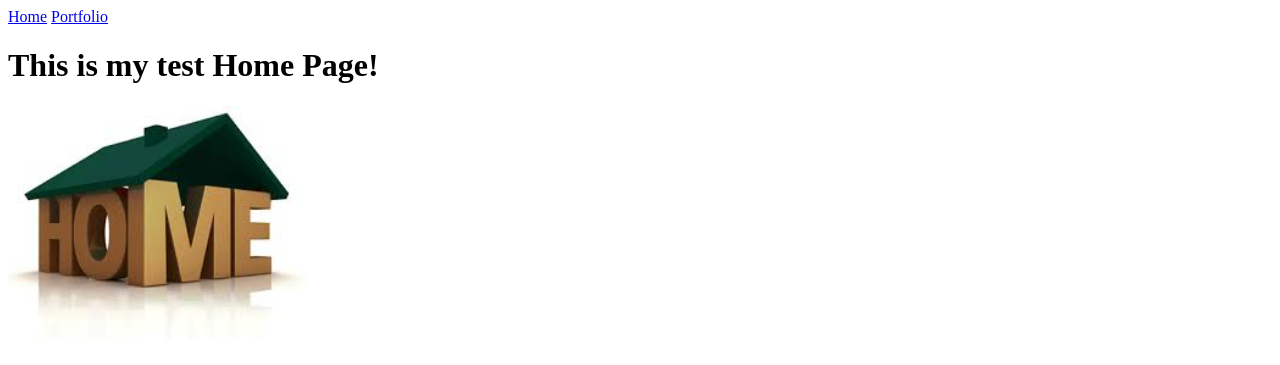
Repository: ashleykbc/aking1286.github.io
Page: my_website/index.html
The author's editor kept a record of every edit. The page is drawn from the files as they stood at one moment, then again after the next edit.
The browser window is 1280 px wide. The pictures show the whole page.

Above is the page before.

### my_website/index.html
<!doctype html>
<html lang="en">
  <head>
    <meta charset="utf-8">
    <title>Home</title>
  </head>
  <body>
    <a href="index.html">Home</a>
    <a href="portfolio.html">Portfolio</a>
    <h1>This is my test Home Page!</h1>
    <img src="images/home.jpg" height="250">
  </body>
</html>

After the next edit:
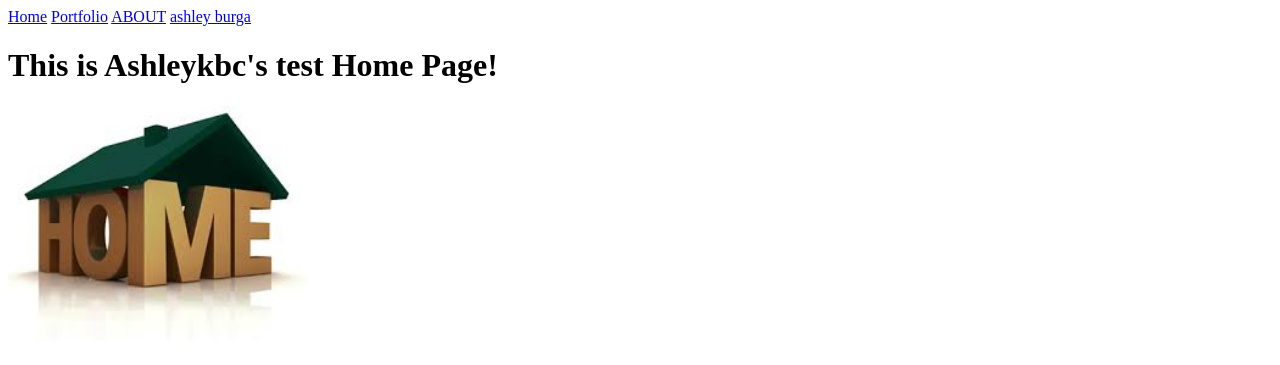
The edit:
--- a/my_website/index.html
+++ b/my_website/index.html
@@ -7,7 +7,9 @@
   <body>
     <a href="index.html">Home</a>
     <a href="portfolio.html">Portfolio</a>
-    <h1>This is my test Home Page!</h1>
+      <a href="ABOUT.html">ABOUT</a>
+       <a href="about.html">ashley burga</a>
+    <h1>This is Ashleykbc's test Home Page!</h1>
     <img src="images/home.jpg" height="250">
   </body>
 </html>
